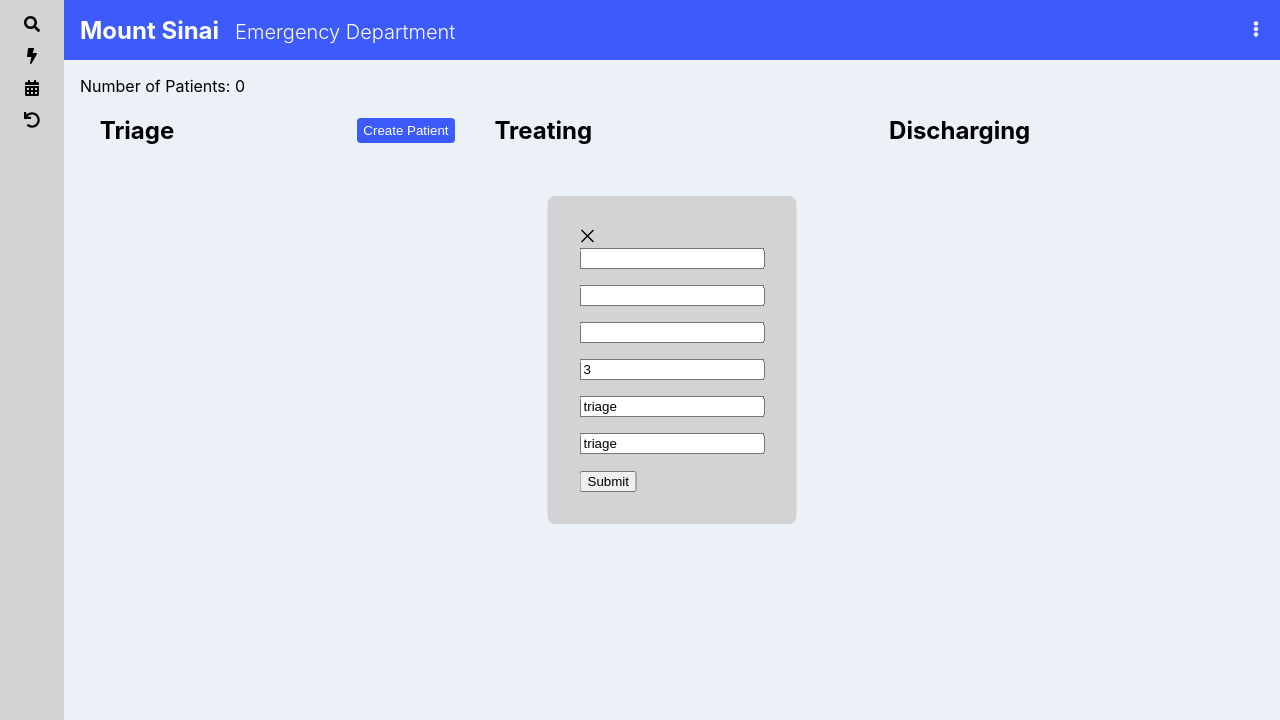
Repository: kosenijr/triage-app
Page: /, after clicking the first element matching `button.App_61351_triage-header-button`
An editor plug-in stored every save of this project. The page is shown before and after a run of saves, followed by the edit.
The browser window is 1280 px wide. The pictures show the whole page.
The page's requests for data from a server got no answer. The project was rebuilt for these pictures with package versions that can differ from the ones it lists, and the page was loaded fresh each time. No one was signed in, and anything a server would have sent is missing. Also part of the build but not shown: src/styles/PatientCard.module.css, src/components/PatientCard.js.

Above is the page before, as saved 2022-11-16 19:50:43.

### src/App.js
import React, { useEffect, useState } from 'react';
import { FaEllipsisV, FaSearch, FaBolt, FaCalendarAlt, FaUndo } from "react-icons/fa";
import styles from '../src/styles/App.module.css'
import '../src/styles/Global.module.css'
import { ROUTES } from '../src/constants'
import PatientCard from './components/PatientCard'
import Modal from './components/Modal'

const log = console.log;

function App() {

  const [patientRecords, setPatientRecords] = useState([]);
  const [numOfPatients, setNumOfPatients] = useState(0);
  const [isModalOpen, setIsModalOpen] = useState(false);



  useEffect(() => {
    fetch(ROUTES['GET_ALL_PATIENTS'])
      .then(res => res.json())
      .then(res => setPatientRecords(res))
  }, []);

  useEffect(() => {
    setNumOfPatients(patientRecords.length);
  }, [patientRecords]);

  const onRoomAssignment = (patient, room) => {
    // const oldPatientRecord = patient;
    const newPatientRecord = {
      id: patient.id,
      name: patient.name,
      dob: patient.dob,
      complaint: patient.complaint,
      priority: patient.priority,
      room: patient.room,
      stage: 'treating'
    }


    setPatientRecords(patientRecords.map((record) => {
      if (record.id === patient.id) {
        record.room = room;
        record.stage = 'treating';
      }
      return record;
    }));

    const requestOptions = {
      method: 'PUT',
      body: JSON.stringify(newPatientRecord),
    };

    fetch(ROUTES['GET_EACH_PATIENT'], requestOptions)
      .then(result => result.json())
      .catch(error => console.log('error', error));
  }

  const onCreatePatient = (patient) => {
    const requestOptions = {
      method: 'POST',
      body: JSON.stringify(patient),
    };

    fetch(ROUTES['GET_EACH_PATIENT'], requestOptions)
      .then(result => result.json())
      .then(patient => console.log(patient))
      .then(patient => setPatientRecords([...patientRecords, patient]))
      .catch(error => console.log('error', error));
  }


  const onStartDischarge = (patient) => {
    const newPatientRecord = {
      id: patient.id,
      name: patient.name,
      dob: patient.dob,
      complaint: patient.complaint,
      priority: patient.priority,
      room: 'discharging-room',
      stage: 'discharging'
    }


    setPatientRecords(patientRecords.map((record) => {
      if (record.id === patient.id) {
        record.room = 'discharging-room';
        record.stage = 'discharging';
      }
      return record;
    }));

    const requestOptions = {
      method: 'PUT',
      body: JSON.stringify(newPatientRecord),
    };

    fetch(ROUTES['GET_EACH_PATIENT'], requestOptions)
      .then(result => result.json())
      .then(result => console.log(result))
      .catch(error => console.log('error', error));


  }

  const onCompleteDischarge = (patient) => {
    setPatientRecords(patientRecords.filter((record) => record.id !== patient.id));

    const requestOptions = {
      method: 'DELETE',
    };

    fetch(`${ROUTES['GET_EACH_PATIENT']}/${patient.id}`, requestOptions)
      .then(result => result.json())
      .then(result => console.log(result))
      .catch(error => console.log('error', error));

  }
  return (
    <div className={styles['App']}>
      <div className={styles['left-nav']}>
        <FaSearch className='mb-4 mt-4' />
        <FaBolt className='mb-4' />
        <FaCalendarAlt className='mb-4' />
        <FaUndo className='mb-4' />
      </div>
      <div className={styles['right-content']}>
        {isModalOpen && <Modal onCreatePatient={onCreatePatient} setIsModalOpen={setIsModalOpen} />}
        <header className={styles['header']}>
          <div>
            <span className={styles['title']}>Mount Sinai</span>
            <span className={styles['sub-title']}>Emergency Department</span>
          </div>
          <div>
            <FaEllipsisV />

          </div>
        </header>
        <div className={styles['patient-content']}>
          <div><span>Number of Patients: </span><span>{numOfPatients}</span></div>

          <div className={styles['processing']}>
            <div className={styles['process-columns']}>
              <div className={styles['triage-header']}>
                <h2>Triage</h2>
                <button className={styles['triage-header-button']} onClick={() => setIsModalOpen(!isModalOpen)}>Create Patient</button>
              </div>
              {patientRecords.map((patient, index) => {
                // log(patient)
                if (patient?.stage === 'triage') {
                  return (
                    <PatientCard key={index} patient={patient} updateRoomAssignment={onRoomAssignment} />
                  )
                }

              })}
            </div>
            <div className={styles['process-columns']}>
              <h2>Treating</h2>
              {patientRecords.map((patient, index) => {
                // log(patient.name, patient.stage);
                if (patient?.stage === 'treating') {
                  return (
                    <PatientCard key={index} patient={patient} updateRoomAssignment={onRoomAssignment} onStartDischarge={onStartDischarge} />
                  )
                }

              })}

            </div>
            <div className={styles['process-columns']}>
              <h2>Discharging</h2>
              {patientRecords.map((patient, index) => {

                if (patient?.stage === 'discharging') {
                  return (
                    <PatientCard key={index} patient={patient} updateRoomAssignment={onRoomAssignment} onCompleteDischarge={onCompleteDischarge} />
                  )
                }

              })}
            </div>
          </div>
        </div>
      </div>
    </div>
  );
}

export default App;

// styles is a regular object

### src/styles/App.module.css
.App {
  height: 100vh;
  width: 100vw;
  display: relative;
  overflow-y: hidden;
}

.left-nav {
  display: none;
}

.right-content {
  position: relative;
}

.patient-content {
  background-color: #ecf1f7;
  height: content-box;
  overflow-y: scroll;
  position: absolute;
  top: 60px;
  right: 0;
  left: 0;
  bottom: 0;
  padding: 1rem 1rem 4rem 1rem;
}

.header {
  display: flex;
  justify-content: space-between;
  align-items: center;
  /* height: 100px; */
  background-color: #3d5afc;
  color: white;
  padding: 1rem;
}

.triage-header {
  display: flex;
  align-items: center;
  justify-content: space-between;
}

.triage-header-button {
  background-color: #3d5afc;
  color: white;
  border: none;
  border-radius: 4px;
  padding: 0.3rem 0.4rem;
  cursor: pointer;
}

.title {
  font-size: 24px;
  font-weight: 700;
}

.sub-title {
  display: block;
  font-size: 20px;
  font-weight: 300;
}

.patient-card {
  max-width: 400px;
}

@media screen and (min-width: 700px) {
  .sub-title {
    display: initial;
    padding-left: 1rem;
  }
}

@media screen and (min-width: 768px) {
  .processing {
    display: flex;
    justify-content: space-around;
  }

  .process-columns {
    width: 30%;
  }
}

@media screen and (min-width: 800px) {
  .App {
    display: flex;
  }

  .left-nav {
    background-color: lightgray;
    display: flex;
    flex-direction: column;
    width: 5%;
    align-items: center;
  }

  .right-content {
    width: 95%;
  }
}

### src/styles/Global.module.css
:global(.mb-4) {
  margin-bottom: 1rem;
}

:global(.mt-4) {
  margin-top: 1rem;
}

:global(.font-bold) {
  font-weight: 700;
}

### src/constants.js
const BASE_URL = 'https://cw4ccp3r5d.execute-api.us-east-2.amazonaws.com';
const ENV = '/Prod';
export const ROUTES = {
    GET_ALL_PATIENTS: `${BASE_URL}${ENV}/patients`,

}

### src/components/Modal.js
import React, { useState } from 'react'
import styles from '../styles/Modal.module.css'
import { GrClose } from "react-icons/gr";



export default function Modal({ onCreatePatient, setIsModalOpen }) {
    const [name, setName] = useState('');
    const [dob, setDOB] = useState('');
    const [complaint, setComplaint] = useState('');
    const [priority, setPriority] = useState(3);
    const [room, setRoom] = useState('triage');
    const [stage, setStage] = useState('triage');


    const onSubmit = (e) => {
        e.preventDefault();
        const patient = {
            name,
            dob,
            complaint,
            priority,
            room,
            stage
        }
        onCreatePatient(patient);
    }

    return (
        <div className={styles['modal']}>
            < GrClose className={styles['cancel-modal']} onClick={() => setIsModalOpen(false)} />
            <form action="">
                <div>
                    <label htmlFor="name"></label>
                    <input type="text" value={name} id="name" onChange={(e) => setName(e.target.value)} />
                </div>
                <input type="text" value={dob} onChange={(e) => setDOB(e.target.value)} />
                <input type="text" value={complaint} onChange={(e) => setComplaint(e.target.value)} />
                <input type="text" value={priority} onChange={(e) => setPriority(e.target.value)} />
                <input type="text" value={room} onChange={(e) => setRoom(e.target.value)} />
                <input type="text" value={stage} onChange={(e) => setStage(e.target.value)} />
                <button onClick={(e) => onSubmit(e)}>Submit</button>
            </form>
        </div>

    )
}

### src/styles/Modal.module.css
.modal {
  position: absolute;
  top: 50%;
  left: 50%;
  transform: translate(-50%, -50%);

  background-color: lightgray;
  padding: 2rem;
  border-radius: 0.5rem;
  z-index: 1;
}

.modal form input {
  display: block;
  margin-bottom: 1rem;
}

.cancel-modal {
  cursor: pointer;
}

Loaded but not shown: public/index.html (common file); src/index.js (common file); src/index.css (common file); src/reportWebVitals.js (common file)

After the next 3 saves:
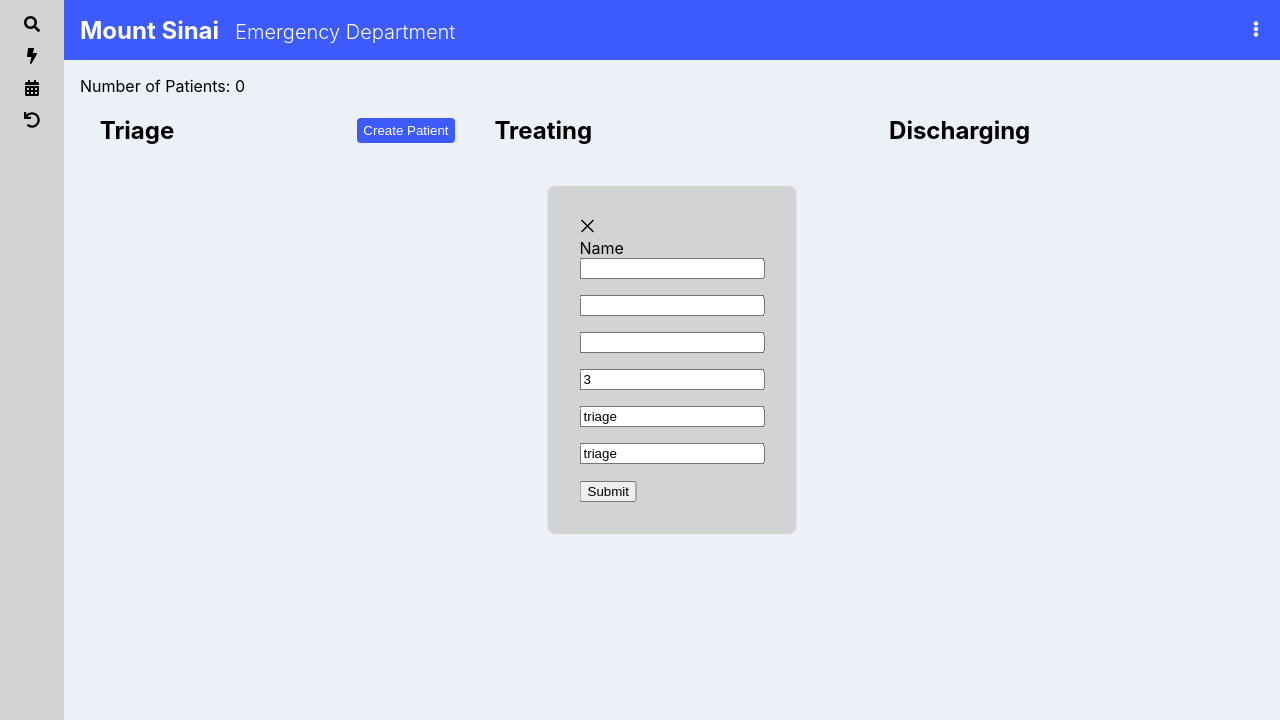
The 3 saves are shown as one change because they came seconds apart.
The last was saved 18 s later.
--- a/src/components/Modal.js
+++ b/src/components/Modal.js
@@ -31,7 +31,7 @@ export default function Modal({ onCreatePatient, setIsModalOpen }) {
             < GrClose className={styles['cancel-modal']} onClick={() => setIsModalOpen(false)} />
             <form action="">
                 <div>
-                    <label htmlFor="name"></label>
+                    <label htmlFor="name">Name</label>
                     <input type="text" value={name} id="name" onChange={(e) => setName(e.target.value)} />
                 </div>
                 <input type="text" value={dob} onChange={(e) => setDOB(e.target.value)} />
